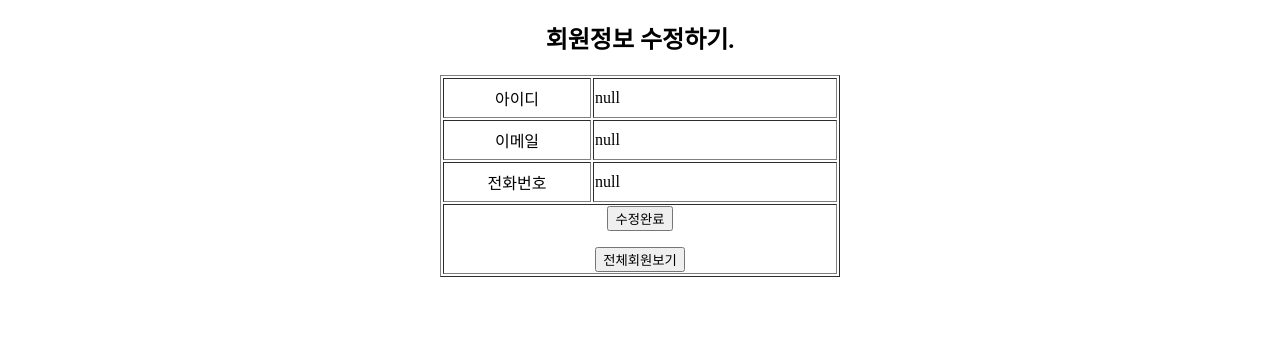
Repository: topblame/Bootcamp
Page: http://localhost/JSP_250408/chapter03/MemberUpdate.jsp
An editor plug-in stored every save of this project. The page is shown before and after the next save, followed by the edit.
The browser window is 1280 px wide. The pictures show the whole page.
The page is served by Tomcat 9. Queries for data that is not in the repository find no rows.

Above is the page before, as saved 2025-06-26 07:07:24.

After the next save:
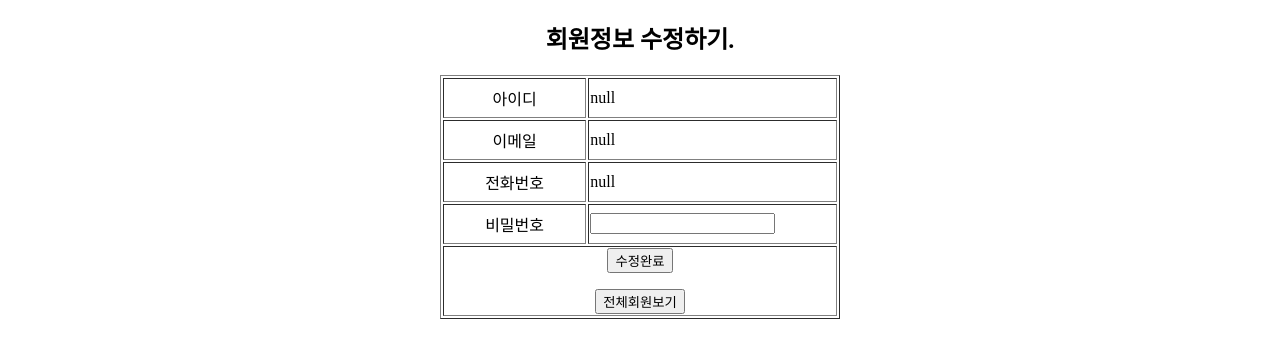
Saved 56 s later.
--- a/WebMvc/JSP_250408/src/main/webapp/chapter03/MemberUpdate.jsp
+++ b/WebMvc/JSP_250408/src/main/webapp/chapter03/MemberUpdate.jsp
@@ -30,6 +30,11 @@ MemberDTO mbean = mdao.oneSelectMember(id);
 			<td align = "center" width = "150">전화번호</td>
 			<td width = "250"><%=mbean.getPhone() %></td>
 		</tr>
+		<tr height="40">
+			<td align = "center" width = "150">비밀번호</td>
+			<td width = "250"><input type="password" name = "pass1" /></td>
+		</tr>
+
 
 			<tr height="40">
             <td align="center" colspan="2">
